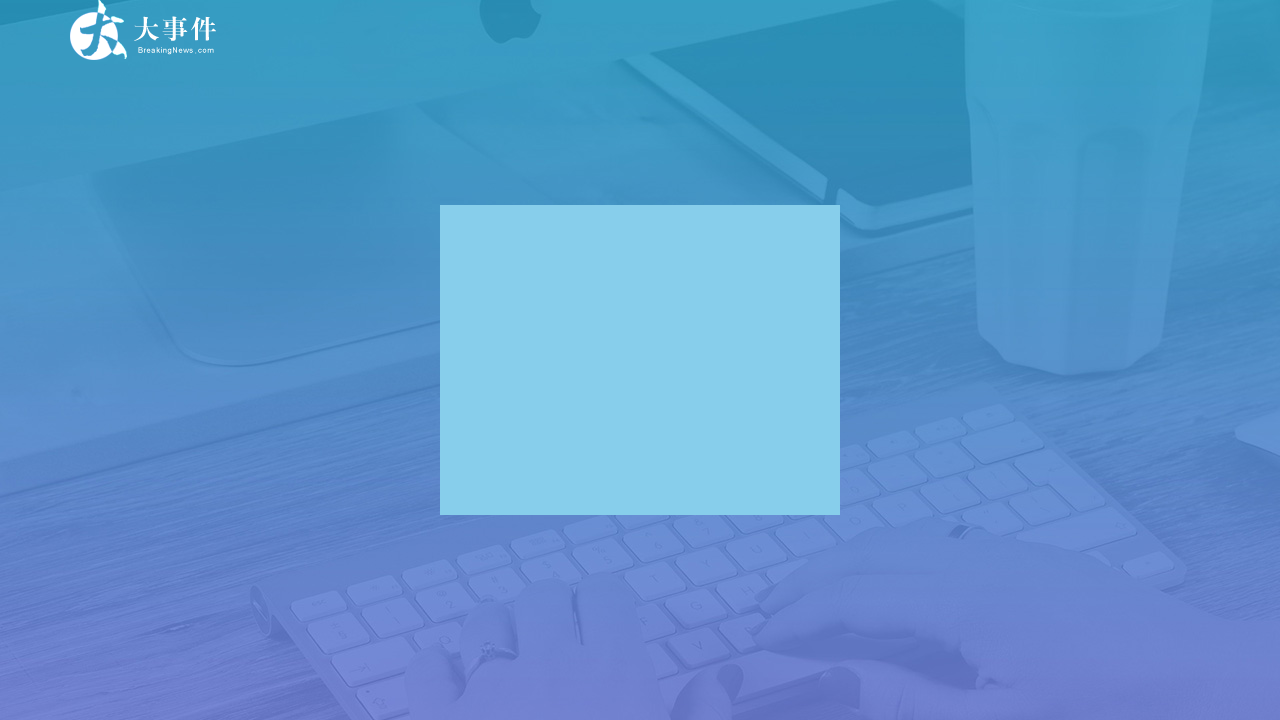
Repository: lithronmatic/web_bigbigevent
Page: login.html
An editor plug-in stored every save of this project. The page is shown before and after the next save, followed by the edit.
The browser window is 1280 px wide. The pictures show the whole page.

Above is the page before, as saved 2022-08-23 11:28:34.

### login.html
<!DOCTYPE html>
<html lang="en">
<head>
    <meta charset="UTF-8">
    <meta http-equiv="X-UA-Compatible" content="IE=edge">
    <meta name="viewport" content="width=device-width, initial-scale=1.0">
    <title>大事件-登录/注册</title>
    <link rel="stylesheet" href="/assets/lib/layui/css/layui.css">
    <link rel="stylesheet" href="./assets/css/login.css">
</head>
<body>
    <!-- 头部的logo区域 -->
    <div class="layui-main">
        <img src="./assets/images/logo.png" alt="">
    </div>

    <!-- 登录注册区域 -->
    <div class="loginAndRegBox"></div>
</body>
</html>

### assets/css/login.css
/* html,body{
    margin:0;
    padding: 0;
    height:100%;
    width:100%;
    background: url(../images/login_bg.jpg) no-repeat center;
    background-size: cover;
}

.loginAndRegBox{
    width:400px;
    height: 310px;
    background-color: #fff;
    position:absolute;
    top:50%;
    left:50%;
    transform: translate(-50%,-50%);
}

.title-box{
    height:60px;
    background: url(../images/login_title.png) no-repeat center;
}

.reg-box{
    display: none;
}

.layui-form{
    padding: 0 30px;
}
.links{
    display: flex;
    justify-content: flex-end;
}
.links a{
    font-size: 12px;
}

.layui-form-item{
    position:relative;
}
.layui-icon{
    position: absolute;
    top:10px;
    left:10px;
}
.layui-input{
    padding-left:32px;
} */

html,body{
    padding: 0;
    margin: 0;
    width:100%;
    height:100%;
    background:url(../images/login_bg.jpg) no-repeat center;
    background-size: cover;
}
.loginAndRegBox{
    position:absolute;
    left:50%;
    top:50%;
    transform: translate(-50%,-50%);
    width:400px;
    height:310px;
    background-color: skyblue;
}
.title-logo{
    height:60px;
    background: url(../images/login_title.png) no-repeat center;
}

Loaded but not shown: assets/lib/layui/css/layui.css (library)

After the next save:
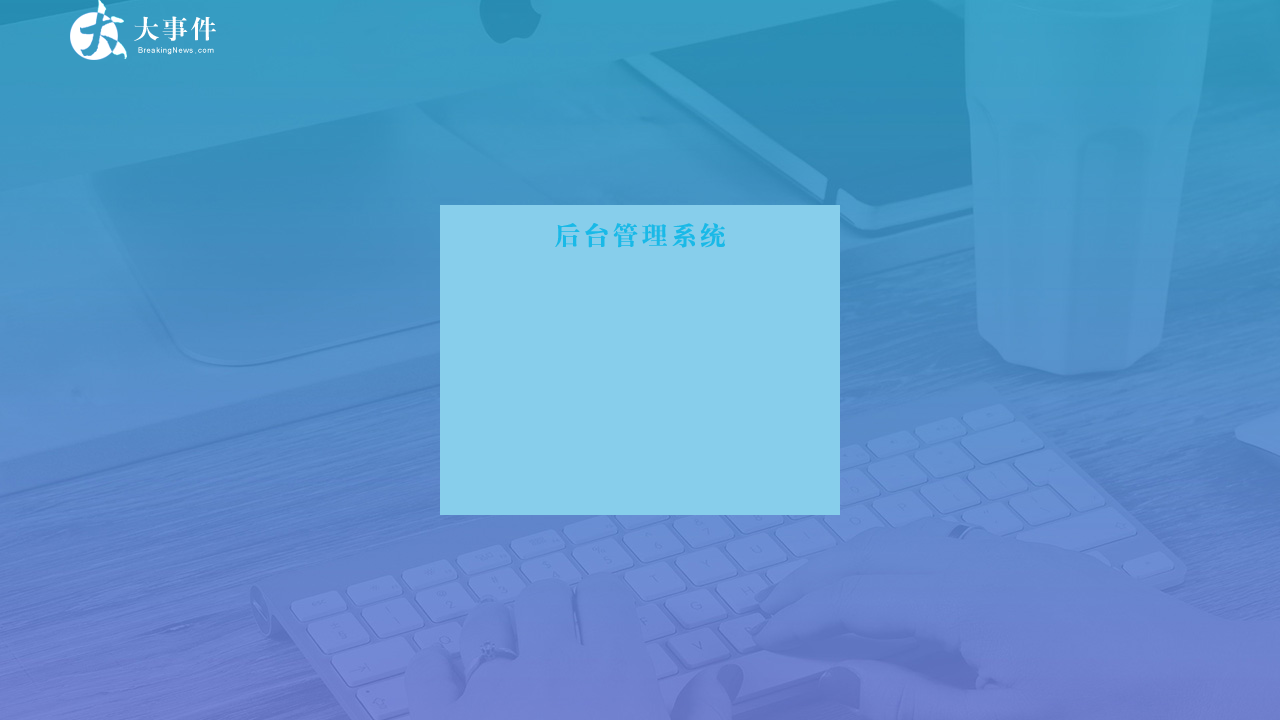
Saved 4 s later.
--- a/login.html
+++ b/login.html
@@ -15,6 +15,8 @@
     </div>
 
     <!-- 登录注册区域 -->
-    <div class="loginAndRegBox"></div>
+    <div class="loginAndRegBox">
+        <div class="title-logo"></div>
+    </div>
 </body>
 </html>
